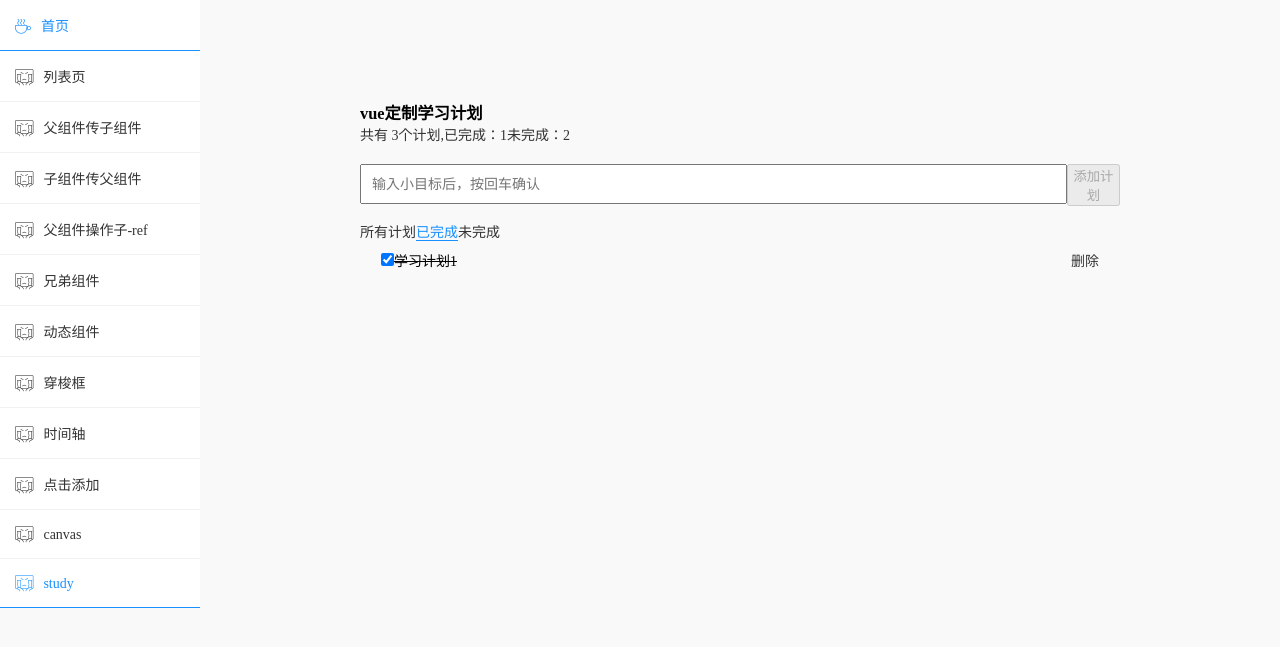
Repository: Serendipity-Zhang/vue-cli4
Page: /study
An editor plug-in stored every save of this project. The page is shown before and after the next save, followed by the edit.
The browser window is 1280 px wide. The pictures show the whole page.
The project was rebuilt for these pictures with package versions that can differ from the ones it lists, and the page was loaded fresh each time. Also part of the build but not shown: vue.config.js, src/views/Nav.vue, src/router/routes.js, src/layout/components/Nav.vue.

Above is the page before, as saved 2020-05-24 15:02:04.

After the next save:
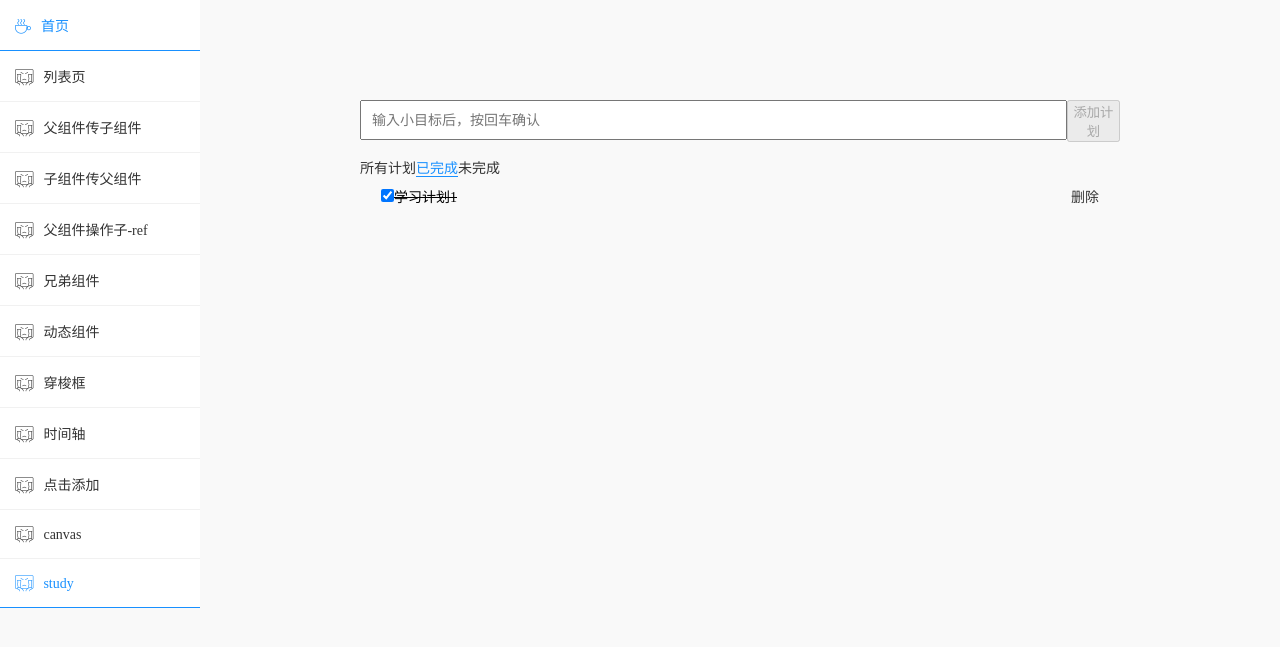
Saved 61 s later.
--- a/src/views/study/index.vue
+++ b/src/views/study/index.vue
@@ -3,7 +3,7 @@
   <div class="main">
     <div class="panel panel-info" style="margin:20px;">
       <!-- 头部 text-->
-      <div class="panel-headingsdd">
+      <!-- <div class="panel-heading">
         <h1>vue定制学习计划</h1>
         <div>
           <a
@@ -19,7 +19,7 @@
             }}</span></a
           >
         </div>
-      </div>
+      </div> -->
       <!-- 内容 -->
       <div class="panel-body">
         <div
@@ -168,7 +168,7 @@ li .status-span.status-end {
   background: #09f;
 }
 li .close {
-  /* position: absolute; */
+  position: absolute;
   color: #f00;
   font-size: 20px;
   line-height: 40px;
